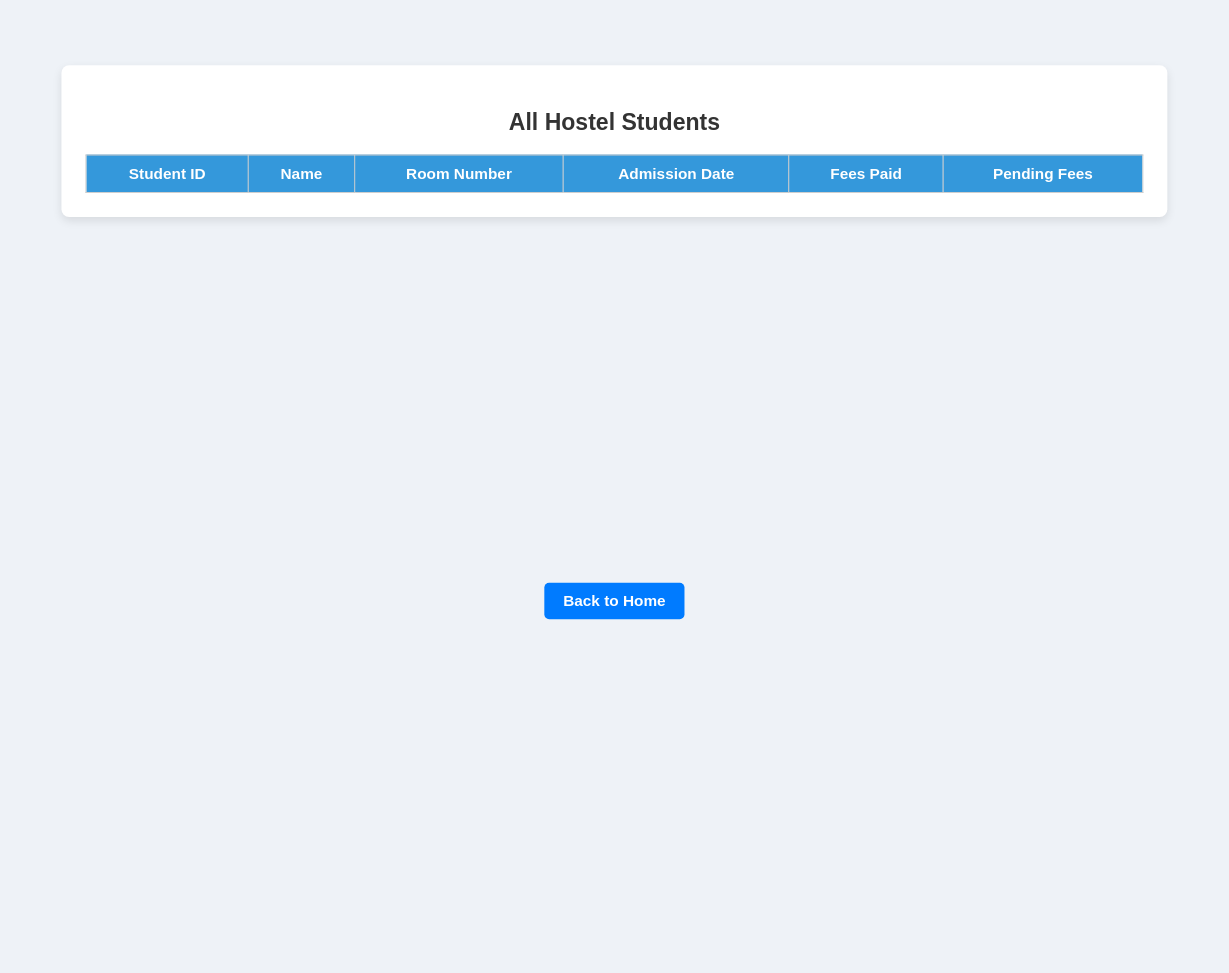
Repository: Adhyashetty-bit/Hostel-Management-System
Page: http://localhost/HostelWebApp/studentdisplay.jsp
The author's editor kept a copy of each file at every save. The page is drawn from the files as they stood at one save, then again after the next save.
The browser window is 1280 px wide. The pictures show the whole page, at 96% of full size.
The page is served by Tomcat 9. Other server files are loaded and not shown. Queries for data that is not in the repository find no rows.

Above is the page before, as saved 2025-05-28 06:17:49.

### HostelWebApp/src/main/webapp/studentdisplay.jsp
<%@ page import="java.util.*, com.model.Student, com.dao.HostelDAO" %>
<%@ page contentType="text/html;charset=UTF-8" language="java" %>
<!DOCTYPE html>
<html>
<head>
    <title>Student Records</title>
    <style>
        body {
            font-family: Arial, sans-serif;
            background-color: #eef2f7;
            padding: 20px;
        }

        .container {
            width: 90%;
            margin: 40px auto;
            background-color: #fff;
            padding: 25px;
            border-radius: 8px;
            box-shadow: 0 4px 10px rgba(0,0,0,0.1);
        }

        h2 {
            text-align: center;
            margin-bottom: 20px;
            color: #333;
        }

        table {
            width: 100%;
            border-collapse: collapse;
        }

        th, td {
            padding: 10px 12px;
            border: 1px solid #ccc;
            text-align: center;
        }

        th {
            background-color: #3498db;
            color: white;
        }

        tr:nth-child(even) {
            background-color: #f8f9fa;
        }

        tr:hover {
            background-color: #e2f0fb;
        }
    </style>
</head>
<body>
<div class="container">
    <h2>All Hostel Students</h2>
    <table>
        <tr>
            <th>Student ID</th>
            <th>Name</th>
            <th>Room Number</th>
            <th>Admission Date</th>
            <th>Fees Paid</th>
            <th>Pending Fees</th>
        </tr>
        <%
            HostelDAO dao = new HostelDAO();
            List<Student> students = dao.getAllStudents();
            for (Student student : students) {
        %>
        <tr>
            <td><%= student.getStudentID() %></td>
            <td><%= student.getStudentName() %></td>
            <td><%= student.getRoomNumber() %></td>
            <td><%= student.getAdmissionDate() %></td>
            <td><%= student.getFeesPaid() %></td>
            <td><%= student.getPendingFees() %></td>
        </tr>
        <%
            }
        %>
    </table>
</div>
<div style="display: flex; justify-content: center; align-items: center; height: 100vh;">
  <a href="index.jsp" style="display:inline-block; padding:10px 20px; background-color:#007bff; color:white; text-decoration:none; border-radius:5px; font-size:16px; font-weight:bold;">Back to Home</a>
</div>

</body>
</html>

After the next save:
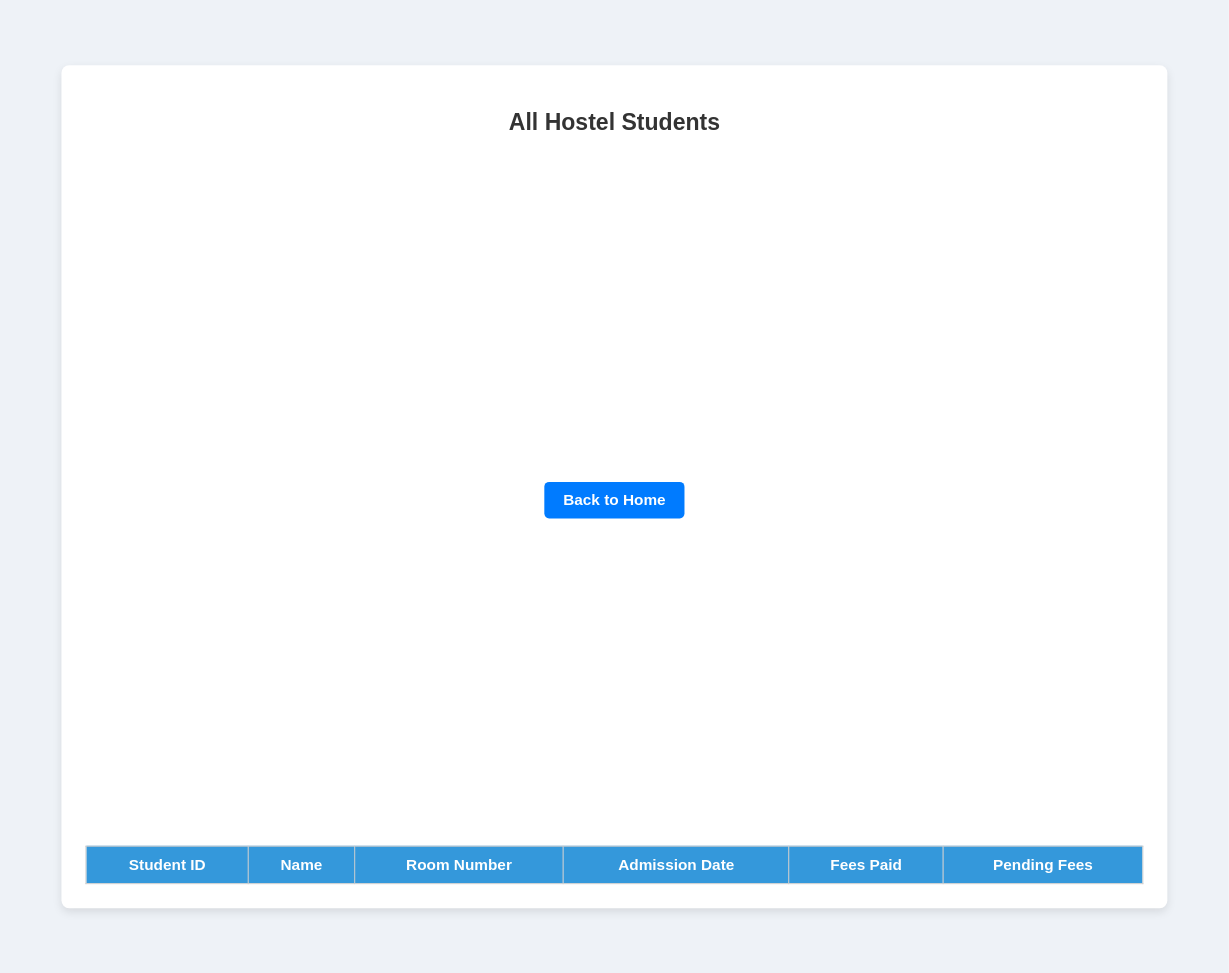
Saved 31 s later.
--- a/HostelWebApp/src/main/webapp/studentdisplay.jsp
+++ b/HostelWebApp/src/main/webapp/studentdisplay.jsp
@@ -79,11 +79,12 @@
         <%
             }
         %>
+        <div style="display: flex; justify-content: center; align-items: center; height: 100vh;">
+  <a href="index.jsp" style="display:inline-block; padding:10px 20px; background-color:#007bff; color:white; text-decoration:none; border-radius:5px; font-size:16px; font-weight:bold;">Back to Home</a>
+</div>
     </table>
 </div>
-<div style="display: flex; justify-content: center; align-items: center; height: 100vh;">
-  <a href="index.jsp" style="display:inline-block; padding:10px 20px; background-color:#007bff; color:white; text-decoration:none; border-radius:5px; font-size:16px; font-weight:bold;">Back to Home</a>
-</div>
+
 
 </body>
 </html>
